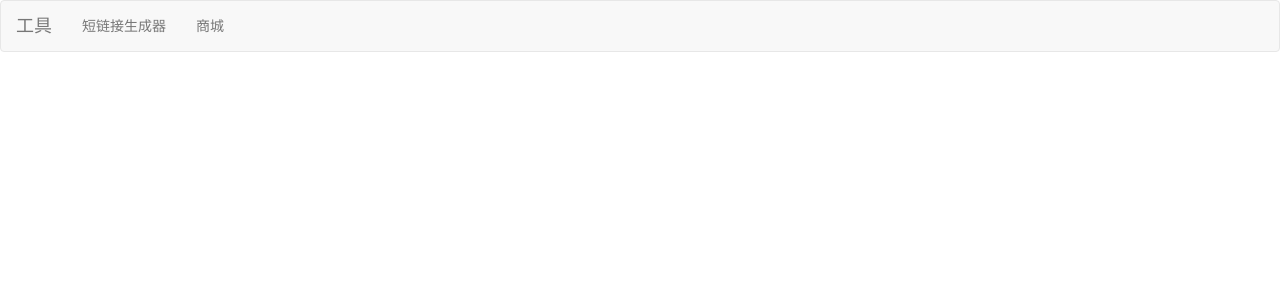
Repository: gwjczwy/CTF-Exercises
Page: http://localhost/tools
These files come from the project's save history. The page is drawn as it stood at one moment and after the next save; the edit follows.
The browser window is 1280 px wide. The pictures show the whole page.
The page is served by the project's application, run on Django 2.2 (manage.py).

Above is the page before, as saved 2019-04-29 11:57:07.

After the next save:
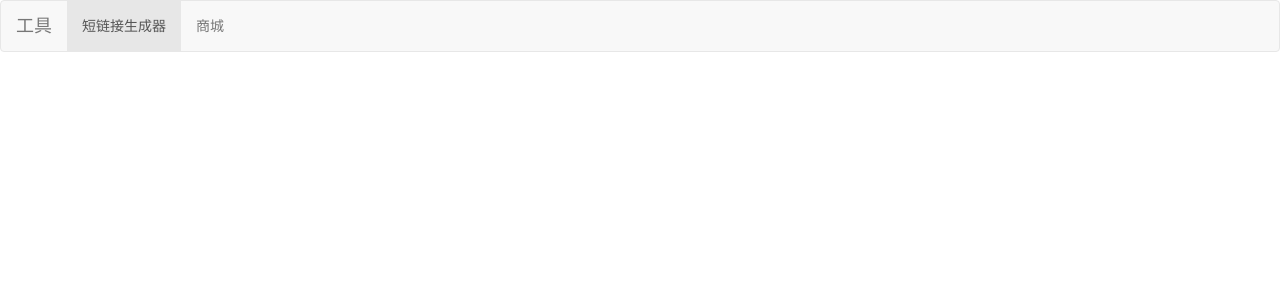
Saved 39 s later.
--- a/tools/templates/tools/head.html
+++ b/tools/templates/tools/head.html
@@ -16,8 +16,10 @@
 			<a class="navbar-brand" href="#">工具</a>
 		</div>
 			<div>
+
+
 				<ul class="nav navbar-nav">
-					<li ><a href="/s/index">短链接生成器</a></li>
+					<li class="active"><a href="/s/index">短链接生成器</a></li>
 				</ul>
 				<ul class="nav navbar-nav">
 					<li ><a href="/shop">商城</a></li>

After the 4 saves that followed:
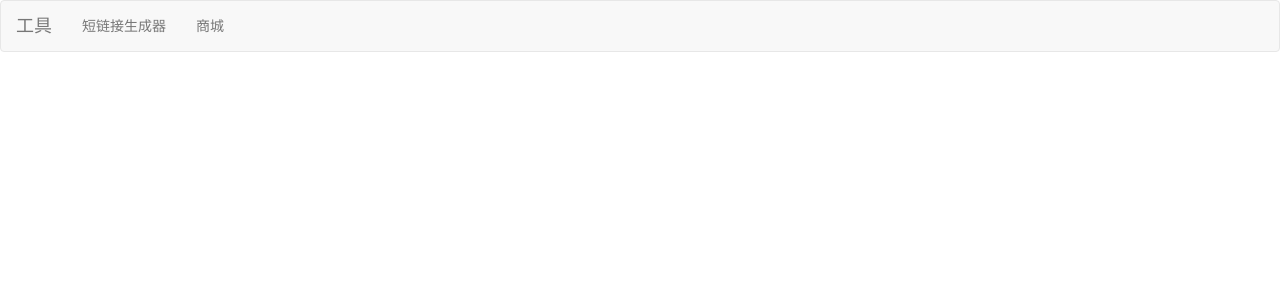
The 4 saves are shown as one change because 3 did not build or start.
The last was saved 3 min 27 s later.
--- a/tools/templates/tools/head.html
+++ b/tools/templates/tools/head.html
@@ -19,10 +19,10 @@
 
 
 				<ul class="nav navbar-nav">
-					<li class="active"><a href="/s/index">短链接生成器</a></li>
+					<li {% if toolname == "surl" %} class="active" {% endif %}><a href="/s/index">短链接生成器</a></li>
 				</ul>
 				<ul class="nav navbar-nav">
-					<li ><a href="/shop">商城</a></li>
+					<li {% if toolname == "shop" %} class="active" {% endif %}><a href="/shop">商城</a></li>
 				</ul>
 			</div>
 		</div>
